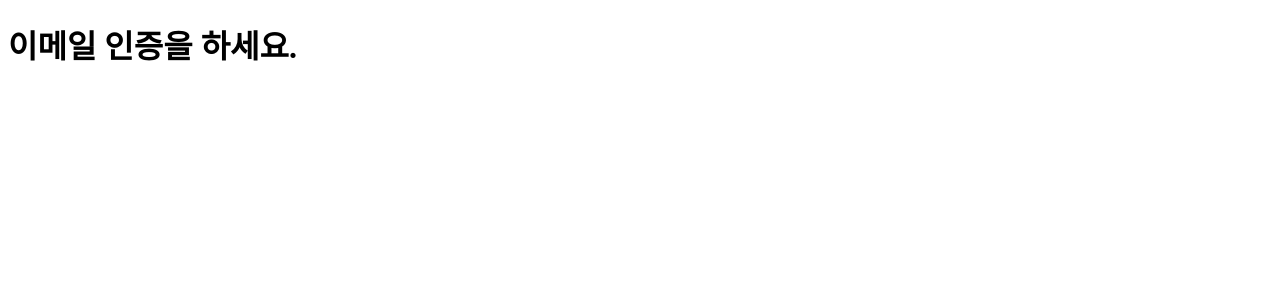
Repository: cwj2306/blog_project_2
Page: http://localhost/blog/gmail/errorPage.jsp
These files come from the project's save history. The page is drawn as it stood at one moment and after the next save; the edit follows.
The browser window is 1280 px wide. The pictures show the whole page.
The page is served by Tomcat 9. Nobody is signed in. The application's start-up code is not run. Other server files are loaded and not shown.

Above is the page before, as saved 2019-11-12 09:09:10.

### blog/WebContent/gmail/errorPage.jsp
<%@ page language="java" contentType="text/html; charset=UTF-8"
    pageEncoding="UTF-8"%>
<!DOCTYPE html>
<html>
<head>
	<meta charset="UTF-8">
	<title>이메일 인증 좀 해줘요</title>
</head>
<body>
	<h1>이메일 인증을 하세요.</h1>
</body>
</html>

After the next save:
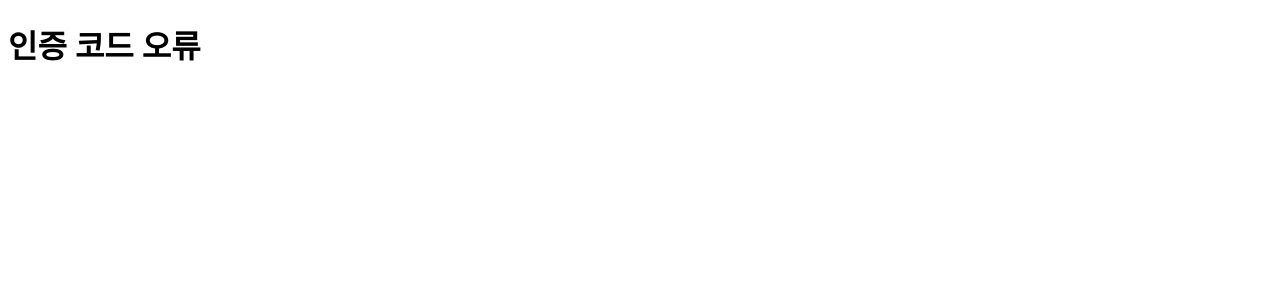
Saved 3 min 40 s later.
--- a/blog/WebContent/gmail/errorPage.jsp
+++ b/blog/WebContent/gmail/errorPage.jsp
@@ -4,9 +4,9 @@
 <html>
 <head>
 	<meta charset="UTF-8">
-	<title>이메일 인증 좀 해줘요</title>
+	<title></title>
 </head>
 <body>
-	<h1>이메일 인증을 하세요.</h1>
+	<h1>인증 코드 오류</h1>
 </body>
 </html>
